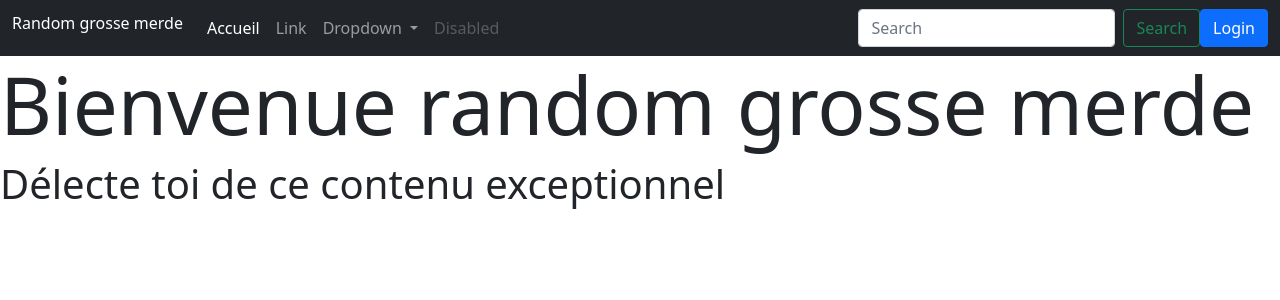
Repository: Mini-T/php-propre
Page: http://localhost/Accueil.php
These files come from the project's save history. The page is drawn as it stood at one moment and after the next save; the edit follows.
The browser window is 1280 px wide. The pictures show the whole page.
The page is run by PHP 8.4 with error messages shown; the project is at /var/www/html/. Queries for data that is not in the repository find no rows.

Above is the page before, as saved 2021-03-11 09:55:41.

### proj/Accueil.php

<?php require_once("include/header.inc.php")?>
<div id="page">

    <h1 class="display-1 bienvenue"> Bienvenue <?php if(isset($_SESSION['username'])){
        echo $_SESSION['username'] ?> </h1>
    <?php } else {
        echo "random grosse merde";
    } ?>
    <h4 class="display-6 sub">Délecte toi de ce contenu exceptionnel </h2>
</div>
<br>
<div class="affichage">
    <?php
    $affichage = $pdo->query("SELECT * FROM joke");
    while ($fetchaffi = $affichage->fetch(PDO::FETCH_OBJ)) { ?>
        <div class="card" style="width: 18rem;">

            <div class="card-body">
                <h5 class="card-title"><?php echo $fetchaffi->utilisateur ?></h5>
                <h6 class="display-6" style="font-size: 15px;"><?php echo $fetchaffi->date, $fetchaffi->heure ?> </h6>
                <p class="card-text"><?php $fetchaffi->content?></p>
                <a href="#" class="btn btn-primary">Go somewhere</a>
            </div>
        </div>



    <?php } ?>










</div>
<?php require_once("include/footer.inc.php"); ?>

### proj/include/header.inc.php
<!DOCTYPE html>
<html lang="en">

<head>
    <meta charset="UTF-8">
    <meta http-equiv="X-UA-Compatible" content="IE=edge">
    <meta name="viewport" content="width=device-width, initial-scale=1.0">
    <title>Document</title>
    <script src="vendors/js/bootstrap.js"></script>
    <link rel="stylesheet" href="vendors/css/bootstrap.css">
    <link rel="custom" href="/additional-css/FormRegister.css">


    <?php
    require_once 'init/pdo.init.php';
    require_once 'function.php';
    if(isset($_COOKIE['username'])){
        // session_start();
        // $_SESSION['username'] = $_COOKIE['username'];

    } else {

        if (isset($_COOKIE['stillconnect'])) {
            if (!isset($_SESSION)) {
                session_start();
                $_SESSION['username'] = $_COOKIE['stillconnect'];
                $thatuser = $_SESSION['username'];
                setcookie('stillconnect', $thatuser, time() + 31536000);
            }
        }
    }
    ?>
</head>

<body>

    <nav class="navbar navbar-expand-lg navbar-dark bg-dark">
        <div class="container-fluid">
            <a class="navbar-brand" href="#">
                <?php if (isset($_SESSION['username'])) { ?>
                    <h6 id="navign"> <?php echo $_SESSION['username'] ?></h6>
                <?php } else{ ?>
                    <h6 id="navign"> <?php echo 'Random grosse merde' ?></h6>
               <?php } ?>
            </a>
            <button class="navbar-toggler" type="button" data-bs-toggle="collapse" data-bs-target="#navbarSupportedContent" aria-controls="navbarSupportedContent" aria-expanded="false" aria-label="Toggle navigation">
                <span class="navbar-toggler-icon"></span>
            </button>
            <div class="collapse navbar-collapse" id="navbarSupportedContent">
                <ul class="navbar-nav me-auto mb-2 mb-lg-0">
                    <li class="nav-item">
                        <a class="nav-link active" aria-current="page" href="./Accueil.php">Accueil</a>
                    </li>
                    <li class="nav-item">
                        <a class="nav-link" href="#">Link</a>
                    </li>
                    <li class="nav-item dropdown">
                        <a class="nav-link dropdown-toggle" href="#" id="navbarDropdown" role="button" data-bs-toggle="dropdown" aria-expanded="false">
                            Dropdown
                        </a>
                        <ul class="dropdown-menu" aria-labelledby="navbarDropdown">
                            <li><a class="dropdown-item" href="#">Action</a></li>
                            <li><a class="dropdown-item" href="#">Another action</a></li>
                            <li>
                                <hr class="dropdown-divider">
                            </li>
                            <li><a class="dropdown-item" href="#">Something else here</a></li>
                        </ul>
                    </li>
                    <li class="nav-item">
                        <a class="nav-link disabled" href="#" tabindex="-1" aria-disabled="true">Disabled</a>
                    </li>
                </ul>


                <form class="d-flex">
                    <input class="form-control me-2" type="search" placeholder="Search" aria-label="Search">
                    <button class="btn btn-outline-success" type="submit">Search</button>

                </form>
                <?php if (isset($_SESSION['username'])) { ?>
                    <form action="#" method="post">
                            <input type="submit" value="Logout" class="btn btn-primary Logout" name="Logout"/></form>
                    <?php
                    if(isset($_POST['Logout'])){
                        session_destroy();
                        $_SESSION = array();




                    }
                } else { ?>
                        <form action="/proj/FormLogin.php" method="post">
                            <input type="submit" value="Login" class="btn btn-primary Login" name="Login" /></form>
                    <?php } ?>


            </div>
        </div>
    </nav>
    <div class="main">

### proj/include/init/pdo.init.php
<?php try {
    $pdo = new PDO("mysql:host=localhost;dbname=réseau", "root", "");

    $pdo->setAttribute(PDO::ATTR_ERRMODE, PDO::ERRMODE_EXCEPTION);
} catch (PDOException $e) {

    echo "Connection failed: " . $e->getMessage();
}
?>

### proj/include/function.php
<?php
function InputCompletionCheck($a, $b, $c, $a1, $b1, $c1) {
   if (empty($a)) {

    echo "veuillez rentrer votre $a1";

} elseif (empty($b)) {

    echo "veuillez rentrer votre $b1 ça sert des fois";

} elseif (empty($c)) {

    echo "veuillez définir votre $c1 c'est important en vrai";

}
} ?>

Loaded but not shown: proj/include/footer.inc.php (common file); proj/vendors/js/bootstrap.js (library); proj/vendors/css/bootstrap.css (library)

After the next save:
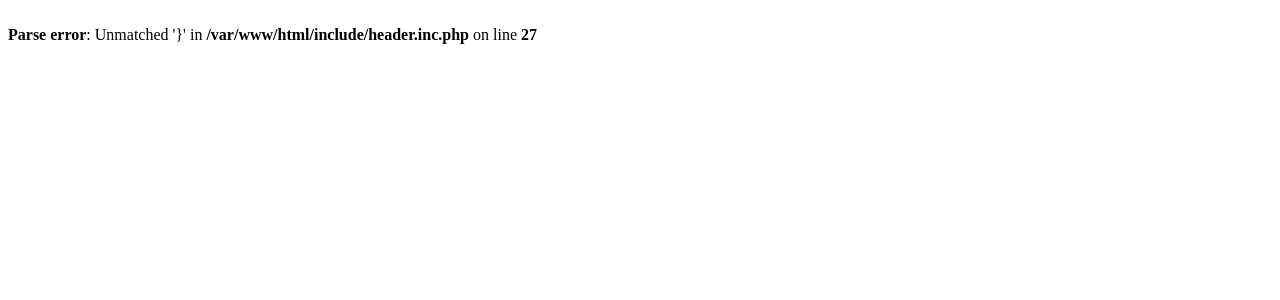
Saved 40 s later.
--- a/proj/include/header.inc.php
+++ b/proj/include/header.inc.php
@@ -14,11 +14,7 @@
     <?php
     require_once 'init/pdo.init.php';
     require_once 'function.php';
-    if(isset($_COOKIE['username'])){
-        // session_start();
-        // $_SESSION['username'] = $_COOKIE['username'];
-
-    } else {
+    session_start();
 
         if (isset($_COOKIE['stillconnect'])) {
             if (!isset($_SESSION)) {

After the save that followed:
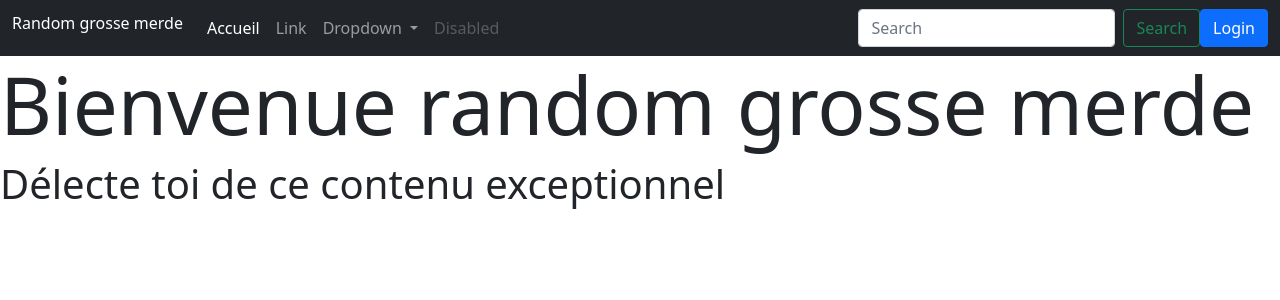
Saved 11 s later.
--- a/proj/include/header.inc.php
+++ b/proj/include/header.inc.php
@@ -24,7 +24,7 @@
                 setcookie('stillconnect', $thatuser, time() + 31536000);
             }
         }
-    }
+
     ?>
 </head>
 
